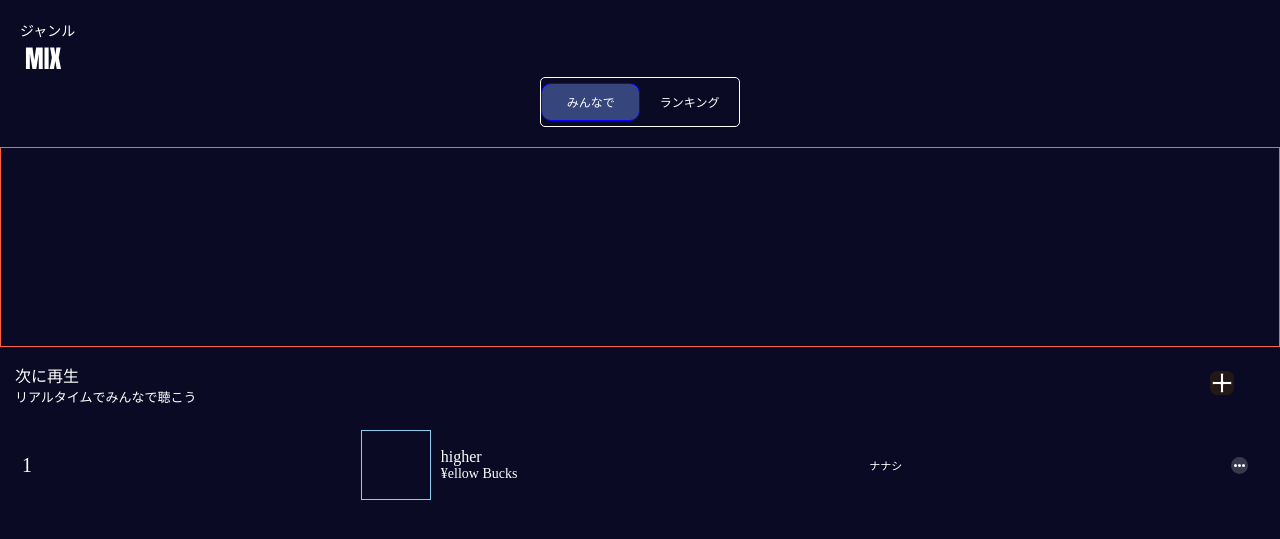
Repository: FujieRyou/2024_team
Page: /LoggedIn
An editor plug-in stored every save of this project. The page is shown before and after the next save, followed by the edit.
The browser window is 1280 px wide. The pictures show the whole page.
The project was rebuilt for these pictures with package versions that can differ from the ones it lists, and the page was loaded fresh each time. The framework's server and built-in components were replaced by stand-ins that run in the browser. Also part of the build but not shown: next.config.js.

Above is the page before, as saved 2024-01-10 12:21:19.

After the next save:
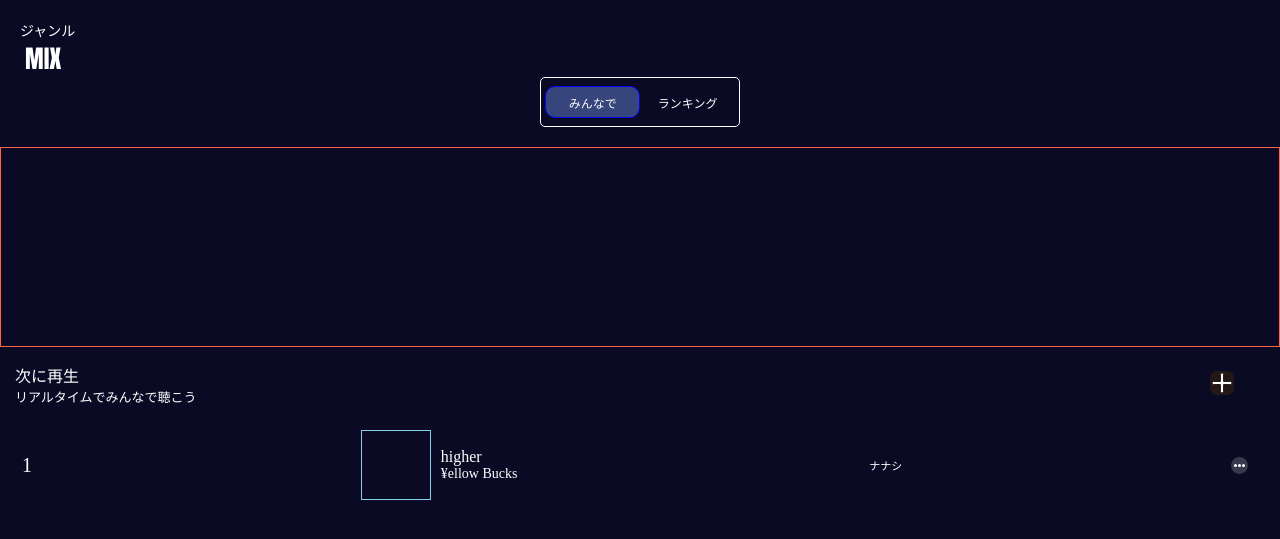
Saved 24 s later.
--- a/src/styles/index.css
+++ b/src/styles/index.css
@@ -194,7 +194,7 @@ h2{
     margin: 0 auto;
     text-align: center;
     margin-bottom: 20px;
-    padding: ;
+    padding: 4px;
 }
 
 .everyone{
